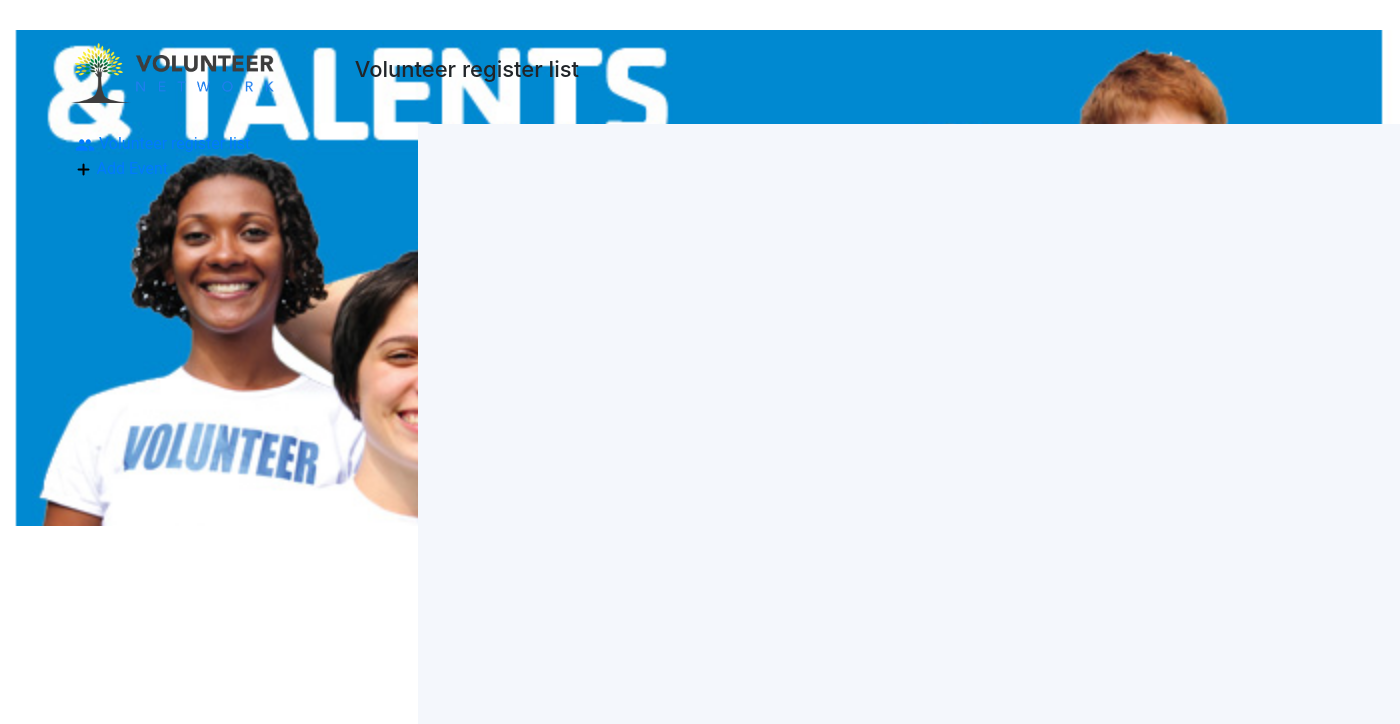
Repository: MdTahsinAmin/volunteer-network-client
Page: /adminPanel
These files come from the project's save history. The page is drawn as it stood at one moment and after the next save; the edit follows.
The browser window is 1280 px wide. The page is 1400 px wide, so the pictures cover 1400 px, including what lies to the right of the window. The pictures show the whole page.
The project was rebuilt for these pictures with package versions that can differ from the ones it lists, and the page was loaded fresh each time.

Above is the page before, as saved 2020-10-05 00:00:16.

### public/index.html
<!DOCTYPE html>
<html lang="en">
  <head>
    <meta charset="utf-8" />
    <link rel="icon" href="%PUBLIC_URL%/favicon.ico" />
    <meta name="viewport" content="width=device-width, initial-scale=1" />
    <meta name="theme-color" content="#000000" />
    <meta
      name="description"
      content="Web site created using create-react-app"
    />
    <link rel="apple-touch-icon" href="%PUBLIC_URL%/logo192.png" />
    <!--
      manifest.json provides metadata used when your web app is installed on a
      user's mobile device or desktop. See https://developers.google.com/web/fundamentals/web-app-manifest/
    -->
    <link rel="manifest" href="%PUBLIC_URL%/manifest.json" />
    <!--
      Notice the use of %PUBLIC_URL% in the tags above.
      It will be replaced with the URL of the `public` folder during the build.
      Only files inside the `public` folder can be referenced from the HTML.

      Unlike "/favicon.ico" or "favicon.ico", "%PUBLIC_URL%/favicon.ico" will
      work correctly both with client-side routing and a non-root public URL.
      Learn how to configure a non-root public URL by running `npm run build`.
    -->
    <title>Volunteer Network</title>
  </head>
  <body>
    <noscript>You need to enable JavaScript to run this app.</noscript>
    <div id="root"></div>
    <!--
      This HTML file is a template.
      If you open it directly in the browser, you will see an empty page.

      You can add webfonts, meta tags, or analytics to this file.
      The build step will place the bundled scripts into the <body> tag.

      To begin the development, run `npm start` or `yarn start`.
      To create a production bundle, use `npm run build` or `yarn build`.
    -->
  </body>
</html>

### src/App.js
import React from 'react';
import './App.css';
import Header from './components/Header/Header';
import {
  BrowserRouter as Router,
  Switch,
  Route,
  Link
} from "react-router-dom";
import AdminPanel from './components/AdminPanel/AdminPanel';
function App() {
  return (
    <div className="App">
     <Router>
      <Switch>
        <Route path ='/home'>
         <Header navbar={true}></Header>
        </Route>
        <Route path="/adminPanel">
           <div>
           <Header navbar={false}></Header>
           <AdminPanel/>
           </div>
        </Route>
        <Route exact path="/">
           <Header navbar={true}></Header>
        </Route>
      </Switch>
     </Router>
    </div>
  );
}

export default App;

### src/App.css
.App {
    background-image:url('./logos/Volunteer_Image.jpg');
    background-repeat: no-repeat;
    background-size: cover;
    background-position: center;
    width: 1400px;
    height: 496px;
    left: 1px;
    top: -1px;
}

.App-logo {
  height: 40vmin;
  pointer-events: none;
}

@media (prefers-reduced-motion: no-preference) {
  .App-logo {
    animation: App-logo-spin infinite 20s linear;
  }
}

.App-header {
  background-color: #282c34;
  min-height: 100vh;
  display: flex;
  flex-direction: column;
  align-items: center;
  justify-content: center;
  font-size: calc(10px + 2vmin);
  color: white;
}

.App-link {
  color: #61dafb;
}

@keyframes App-logo-spin {
  from {
    transform: rotate(0deg);
  }
  to {
    transform: rotate(360deg);
  }
}

### src/components/Header/Header.js
import React from 'react';
import { Link, useHistory } from 'react-router-dom';
import './Header.css'
import volunteerLogo from '../../logos/volunteer.png';
import { styled } from '@material-ui/core/styles';
import Button from '@material-ui/core/Button';

// Material Button

const MyButton = styled(Button)({
    background: 'linear-gradient(45deg, #3F90FC 30%, #3F90FC 90%)',
    border: 0,
    borderRadius: '6px',
    color: 'white',
    height: 48,
    padding: '14px 43px',
    marginRight:'15px',
    marginLeft:'9px',
    cursor:'pointer'
  });

  const AdminBtn = styled(Button)({
    background: 'linear-gradient(45deg, #434141 30%, #434141 90%)',
    border: 0,
    borderRadius: '6px',
    color: 'white',
    height: 48,
    padding: '14px 43px',
    marginRight:'15px',
    cursor:'pointer'
  })

const Header = (props) => {

    const history = useHistory();

    const handleAdminPanel = () =>{
         history.push('/adminPanel');
    }


    return (
      <div className="header">
          <div className={props.navbar ? "container" : 'adminPanel'}>
          <nav className="navbar navbar-expand-lg navbar-light">
            <Link to='/home' className="navbar-brand"><img className={props.navbar ?'volunteerLogo':'Logo'} src={volunteerLogo} alt=""/></Link>
            <button className="navbar-toggler" type="button" data-toggle="collapse" data-target="#navbarSupportedContent" aria-controls="navbarSupportedContent" aria-expanded="false" aria-label="Toggle navigation">
                <span className="navbar-toggler-icon"></span>
            </button>
            {
                !props.navbar && <h5 className="volunteer-title">Volunteer register list</h5>
            }
            {
                props.navbar &&  <div className="collapse navbar-collapse" id="navbarSupportedContent">
                <ul className="navbar-nav ml-auto">
                <li className="nav-item">
                    <Link className="nav-link item-nav">Home</Link>
                </li>
                <li className="nav-item">
                    <Link className="nav-link item-nav">Donation</Link>
                </li>
                <li className="nav-item">
                    <Link className="nav-link item-nav">Events</Link>
                </li>
                <li className="nav-item">
                    <Link className="nav-link item-nav">Blog</Link>
                </li>
                <li className="nav-item">
                    <MyButton>Register</MyButton>
                </li>
                <li className="nav-item">
                   <AdminBtn
                     onClick={handleAdminPanel}
                   >Admin
                   </AdminBtn>
                </li>
                </ul>
            </div>
            }
            </nav>
      </div>
   </div>
    );
};

export default Header;

### src/components/AdminPanel/AdminPanel.js
import React from 'react';
import './AdminPanel.css';
import GroupIcon from '@material-ui/icons/Group';
import addUserIcon  from '../../logos/plus 1.png'
import { Link } from 'react-router-dom';
const AdminPanel = () => {
    return (
        <div className="adminPanel-section">
            <div className="section-panel">
              <div className ='group-panel'>
              <Link to='/volunteerList' className='volunteerLink'><GroupIcon fontSize="small"></GroupIcon><span> Volunteer register list</span></Link>
              </div>
              <div className="group-panel">
                  <Link to='createNewProject' className='volunteerLink'><img src={addUserIcon} alt=""/> <span>Add Event</span></Link>
              </div>
            </div>
            <div className='Volunteer-list'>

            </div>
        </div>
    );
};

export default AdminPanel;

### src/components/Header/Header.css
.volunteerLogo{
    width: 202.81px;
    height: 60px;
    left: 88px;
    top: 44px;
}
.header{
    margin-top: 30px;
}
.nav-link{
    font-family: Montserrat;
    font-style: normal;
    font-weight: 500;
    font-size: 20px;
    text-align: center;
    color: #0B0B0B;
}
.volunteer-title{
    margin-left:65px;
    font-style: normal;
    font-weight: 500;
    font-size: 22px;
}

### src/components/AdminPanel/AdminPanel.css
.adminPanel{
    margin-right:20px;
}
.Logo{
    width: 202.81px;
    height: 60px;
    left: 88px;
    top: 44px;
    margin-left:55px;
}
.adminPanel-section{
    display:flex;
}
.section-panel{
    margin-top:15px;
    margin-left:75px;
}
.group-panel{
    display:inline-block;
    color: #207FEE;
}
.group-panel span{
    margin-top:1px;
    font-family: Roboto;
    font-style: normal;
    font-weight: normal;
}
.group-panel img{
    width: 17px;
    height: 17px;
}
.Volunteer-list{
    width:75%;
    margin-top:8px;
    margin-left:80px;
    width: 1000px;
    height: 600px;
    background: #F4F7FC;
}
.volunteerLink:hover{
    color: #207FEE;
}

Loaded but not shown: src/index.js (common file); src/index.css (common file); src/serviceWorker.js (common file)

After the next save:
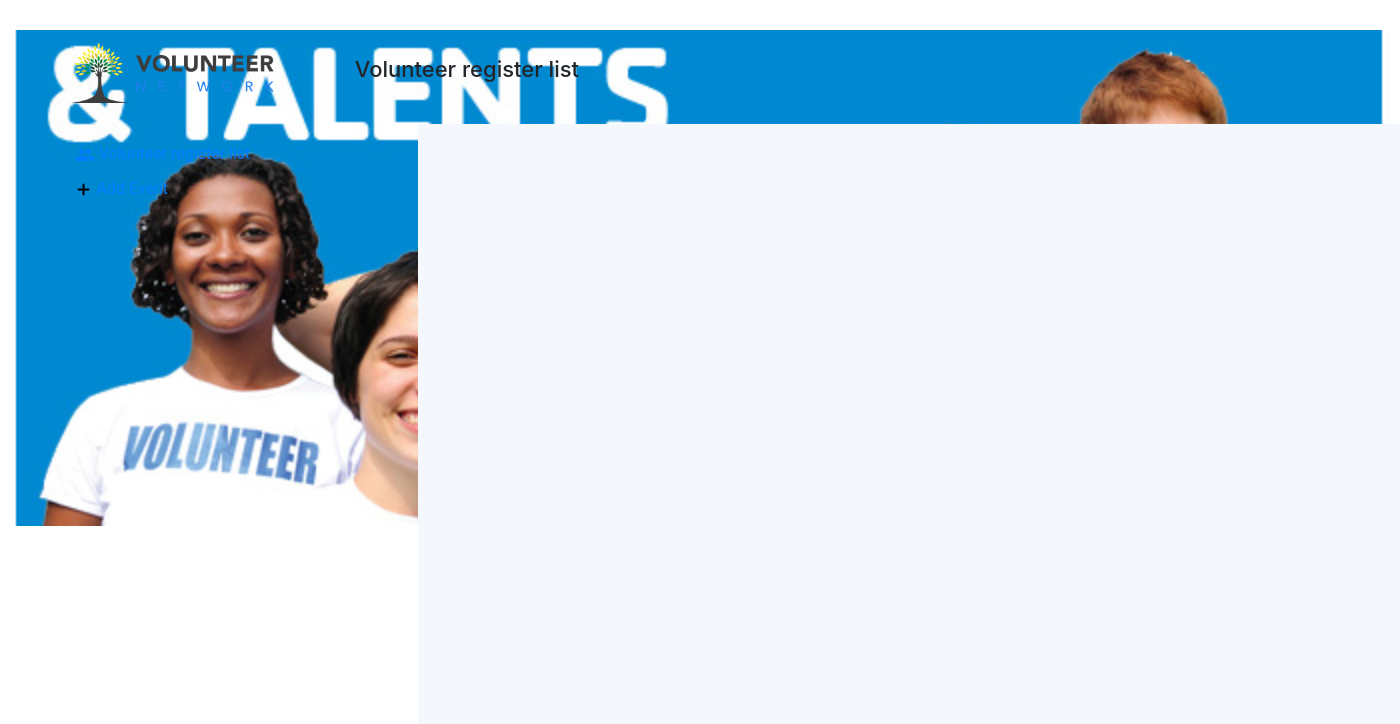
Saved 34 s later.
--- a/src/components/AdminPanel/AdminPanel.css
+++ b/src/components/AdminPanel/AdminPanel.css
@@ -17,7 +17,7 @@
 }
 .group-panel{
     display:inline-block;
-    color: #207FEE;
+    margin-top: 10px;
 }
 .group-panel span{
     margin-top:1px;
